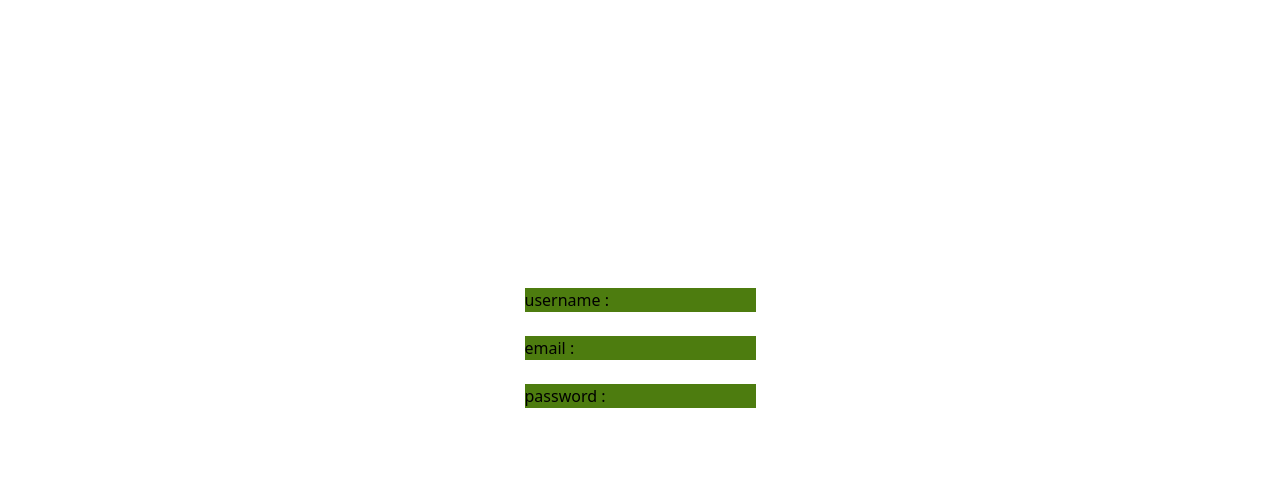
Repository: Emy-gold/alx-fe-reactjs
Page: / (app in form-handling-react/)
An editor plug-in stored every save of this project. The page is shown before and after the next save, followed by the edit.
The browser window is 1280 px wide. The pictures show the whole page.
The project was rebuilt for these pictures with package versions that can differ from the ones it lists, and the page was loaded fresh each time. Also part of the build but not shown: form-handling-react/vite.config.js.

Above is the page before, as saved 2025-08-22 21:21:52.

### form-handling-react/src/App.jsx
import React from 'react';
import RegistrationForm from './components/RegistrationForm';

function App() {
  return (
    <>
      <RegistrationForm />
    </>
  )
}

export default App

### form-handling-react/src/components/RegistrationForm.jsx
import React from 'react';
import { useState } from 'react';

function RegistrationForm() {

    const [formData, setFormData] = useState({ username: '', email: '', password: '' });

    const handleChange = (e) => {
        const { name, value } = e.target;
        setFormData(prevState => ({ ...prevState, [name]: value }));
    }

    const handleSubmit = (e) => {
        e.preventDefault();
        console.log(formData);
    }

    return (
        <div className='flex w-full mx-auto h-screen justify-center items-center'>
            <form onSubmit={handleSubmit} className='flex flex-col bg-lime-700 w-50 h-50'>
                <label>username :</label>
                <input
                    type="text"
                    name="username"
                    value={formData.name}
                    onChange={handleChange}
                />
                <label>email :</label>
                <input
                    type="email"
                    name="email"
                    value={formData.email}
                    onChange={handleChange}
                />
                <label>password :</label>
                <input
                    type="password"
                    name="password"
                    value={formData.password}
                    onChange={handleChange}
                />
            </form>
        </div>
    )
}

export default RegistrationForm

Loaded but not shown: form-handling-react/index.html (common file); form-handling-react/src/main.jsx (common file); form-handling-react/src/index.css (common file); form-handling-react/tailwind.config.js (common file)

After the next save:
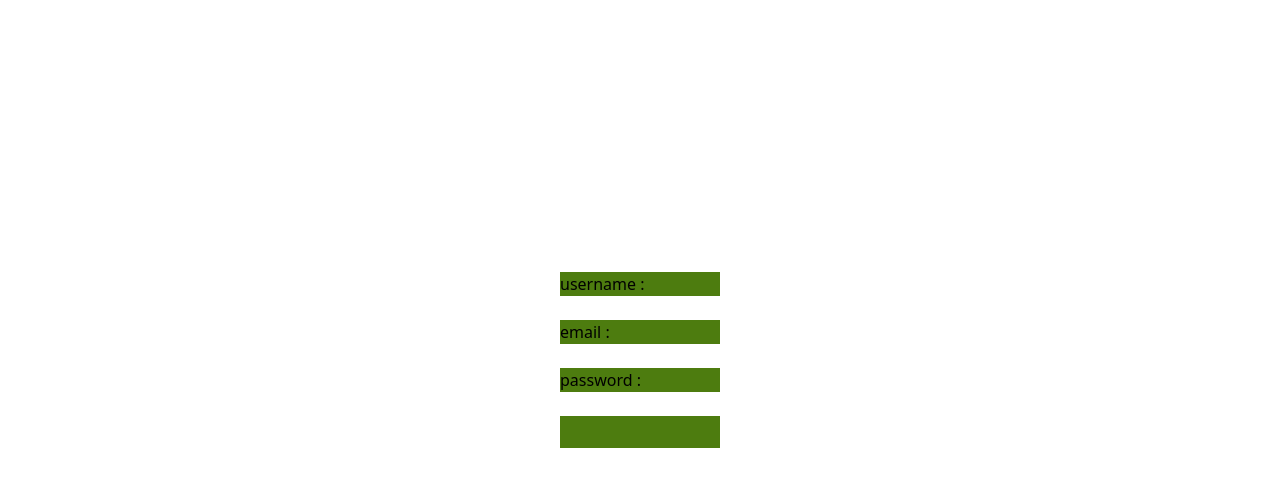
Saved 40 s later.
--- a/form-handling-react/src/components/RegistrationForm.jsx
+++ b/form-handling-react/src/components/RegistrationForm.jsx
@@ -17,7 +17,7 @@ function RegistrationForm() {
 
     return (
         <div className='flex w-full mx-auto h-screen justify-center items-center'>
-            <form onSubmit={handleSubmit} className='flex flex-col bg-lime-700 w-50 h-50'>
+            <form onSubmit={handleSubmit} className='flex flex-col bg-lime-700 w-40 h-44'>
                 <label>username :</label>
                 <input
                     type="text"
